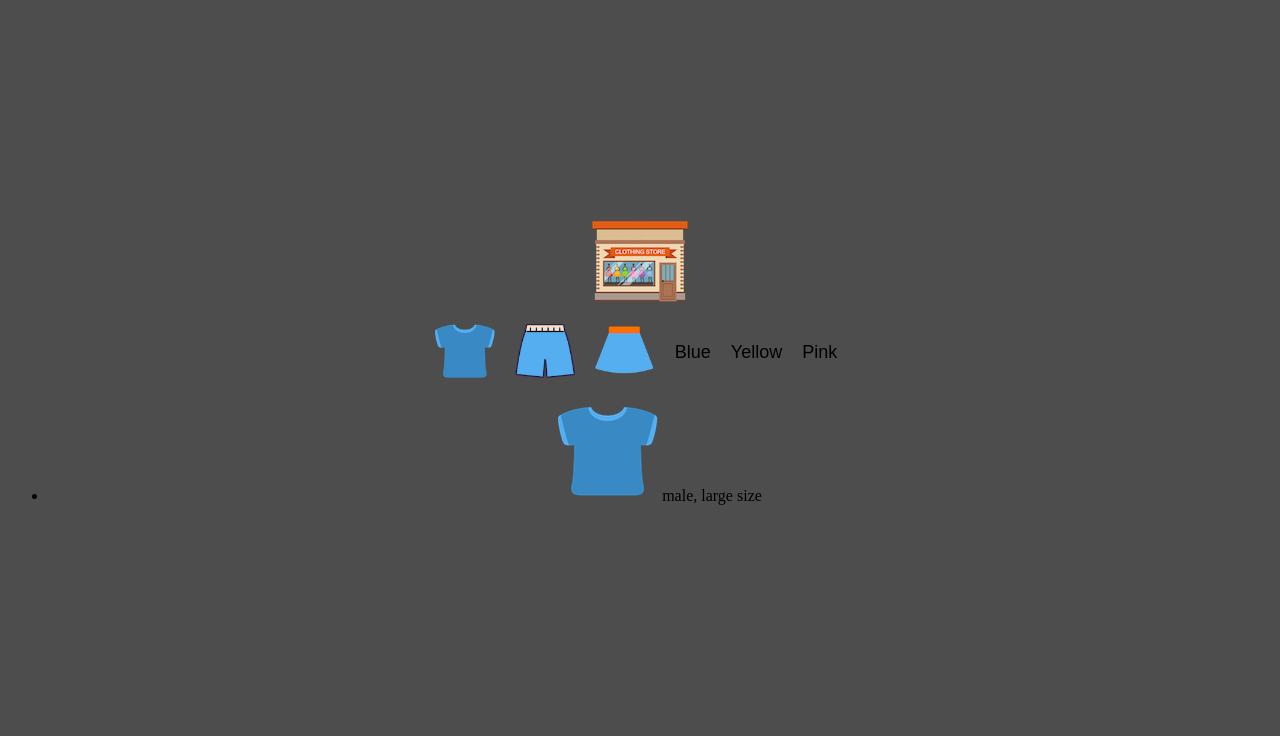
Repository: keehoonjung/Shoppingmall-Game
Page: index.html
These files come from the project's save history. The page is drawn as it stood at one moment and after the next save; the edit follows.
The browser window is 1280 px wide. The pictures show the whole page.

Above is the page before, as saved 2021-08-12 19:39:49.
Console error: TypeError: Cannot read properties of null (reading 'addEventListener')

After the next save:
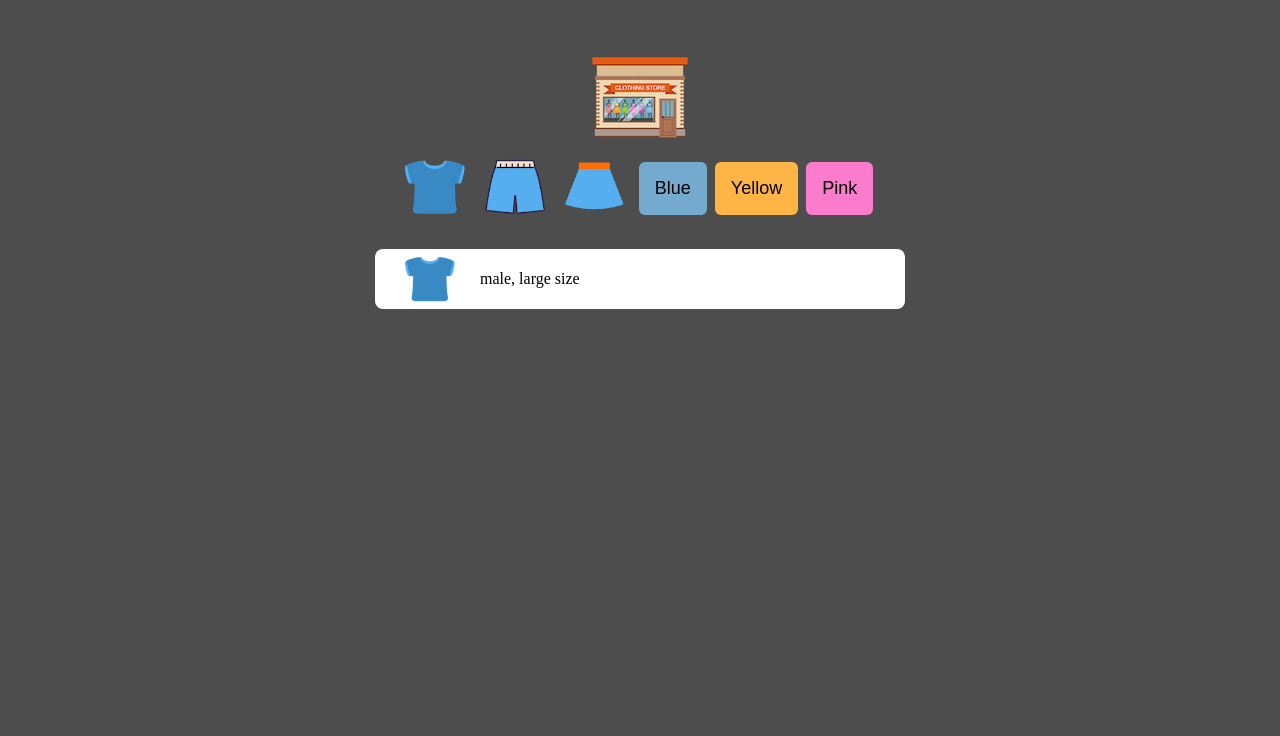
Saved 4 s later.
--- a/style.css
+++ b/style.css
@@ -63,7 +63,7 @@ body {
 
 .colorBtn {
   font-size: var(--font-size);
-  padding: calc(var(--basic-space)*2;
+  padding: calc(var(--basic-space) * 2);
 }
 
 .blue {
